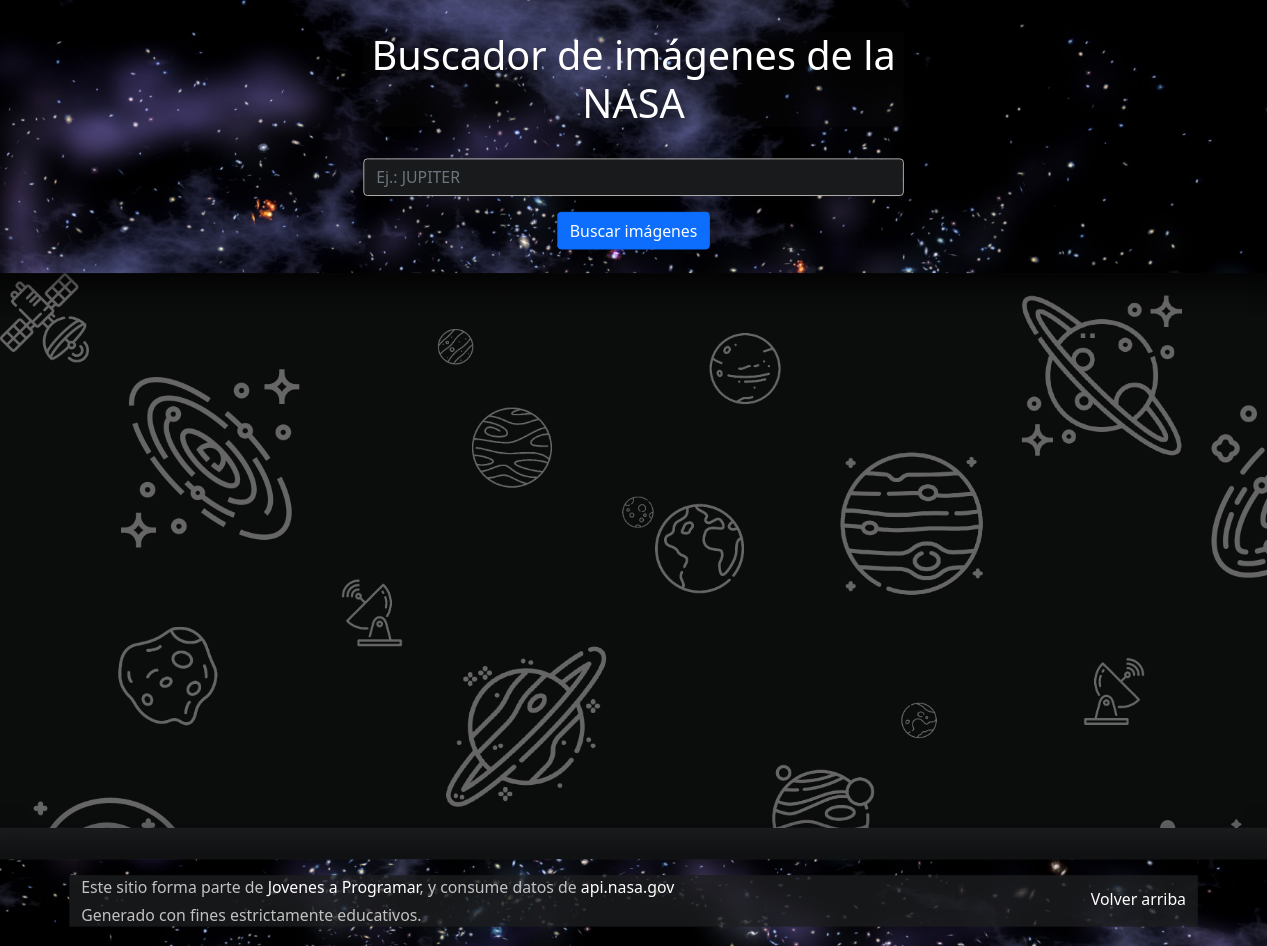
Repository: romancegirl/galaxies
Page: index.html
These files come from the project's save history. The page is drawn as it stood at one moment and after the next save; the edit follows.
The browser window is 1280 px wide. The pictures show the whole page, at 99% of full size.

Above is the page before, as saved 2024-11-30 06:05:45.

After the next save:
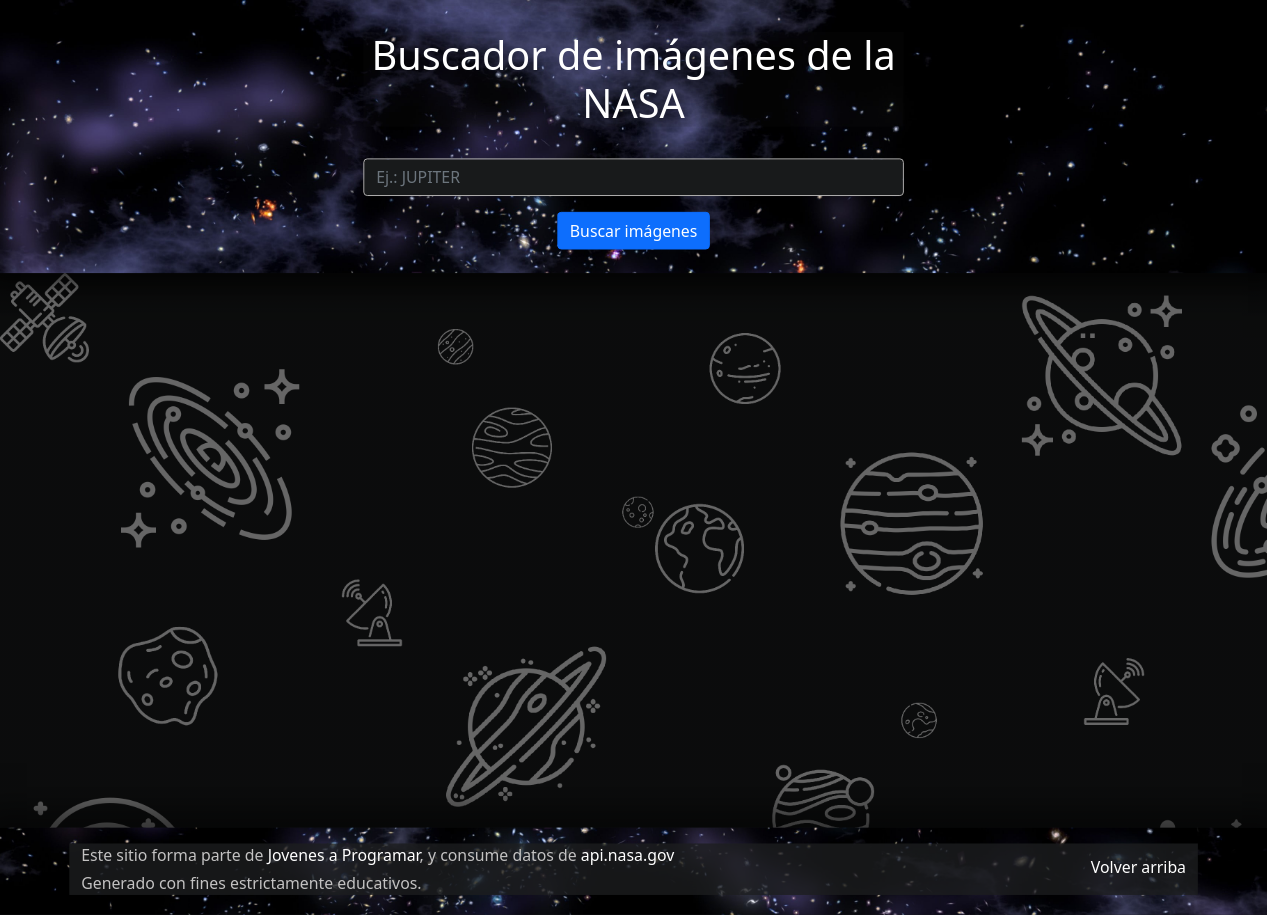
Saved 10 s later.
--- a/css/style.css
+++ b/css/style.css
@@ -18,14 +18,12 @@
     min-height: calc(100vh - 160px);
     flex-grow: 1;
     background:
-    linear-gradient(rgba(0, 0, 0, 0.6), rgba(0, 0, 0, 0.6)),
-    url('../img/background.png');
-background-size: 95rem;
-background-repeat: repeat;
-margin: 0;
-padding: 0;
-margin-bottom: 2rem;
-
+        linear-gradient(rgba(0, 0, 0, 0.6), rgba(0, 0, 0, 0.6)),
+        url('../img/background.png');
+    background-size: 95rem;
+    background-repeat: repeat;
+    margin: 0;
+    padding: 0;
 }
 
 
